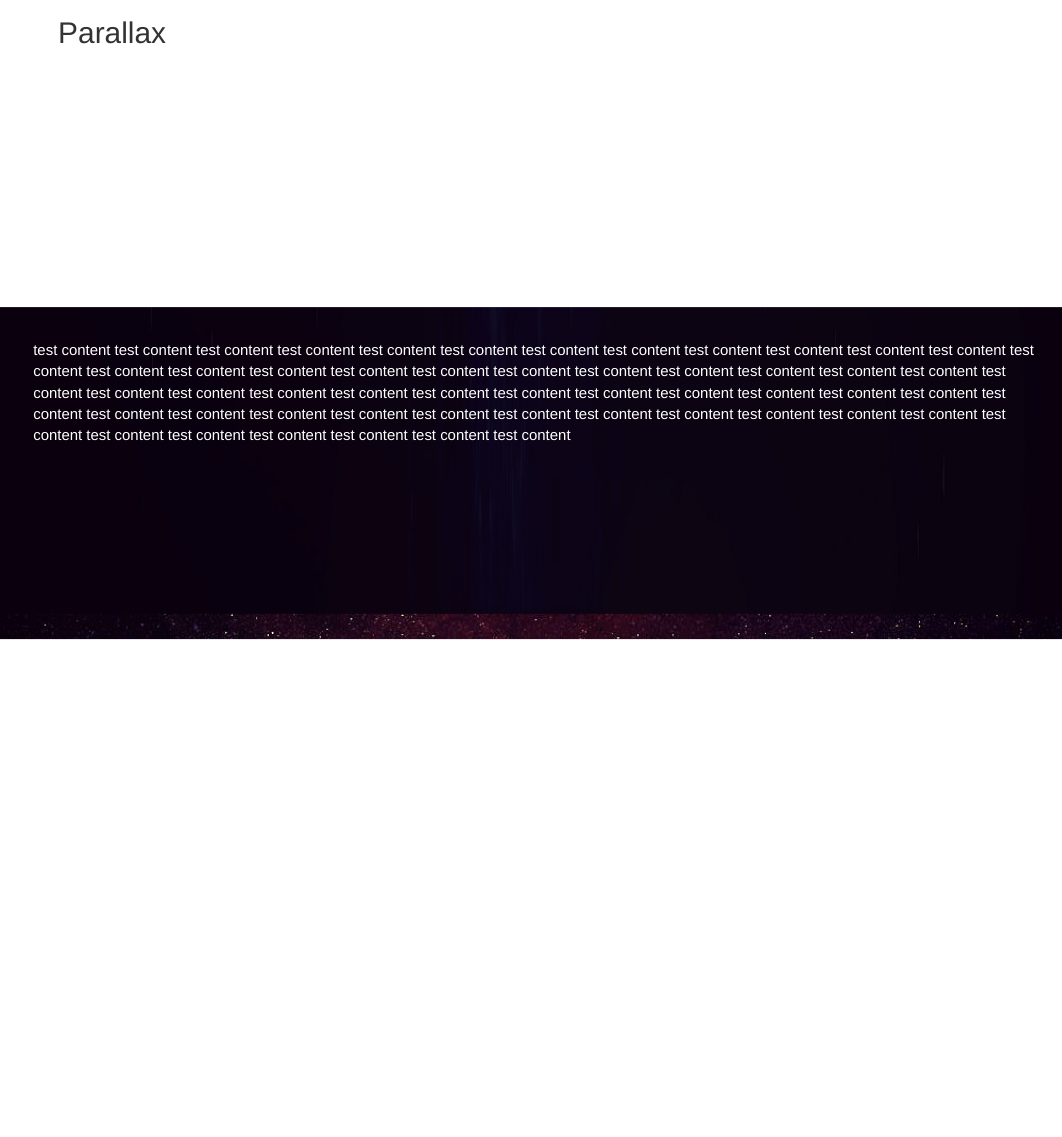
Repository: heshanera/HTML-CSS-JAVASCRITP
Page: parallax/parallax.html
The author's editor kept a record of every edit. The page is drawn from the files as they stood at one moment, then again after the next edit.
The browser window is 1280 px wide. The pictures show the whole page, at 83% of full size.
Some web libraries are served in a nearby version.

Above is the page before.

After the next edit:
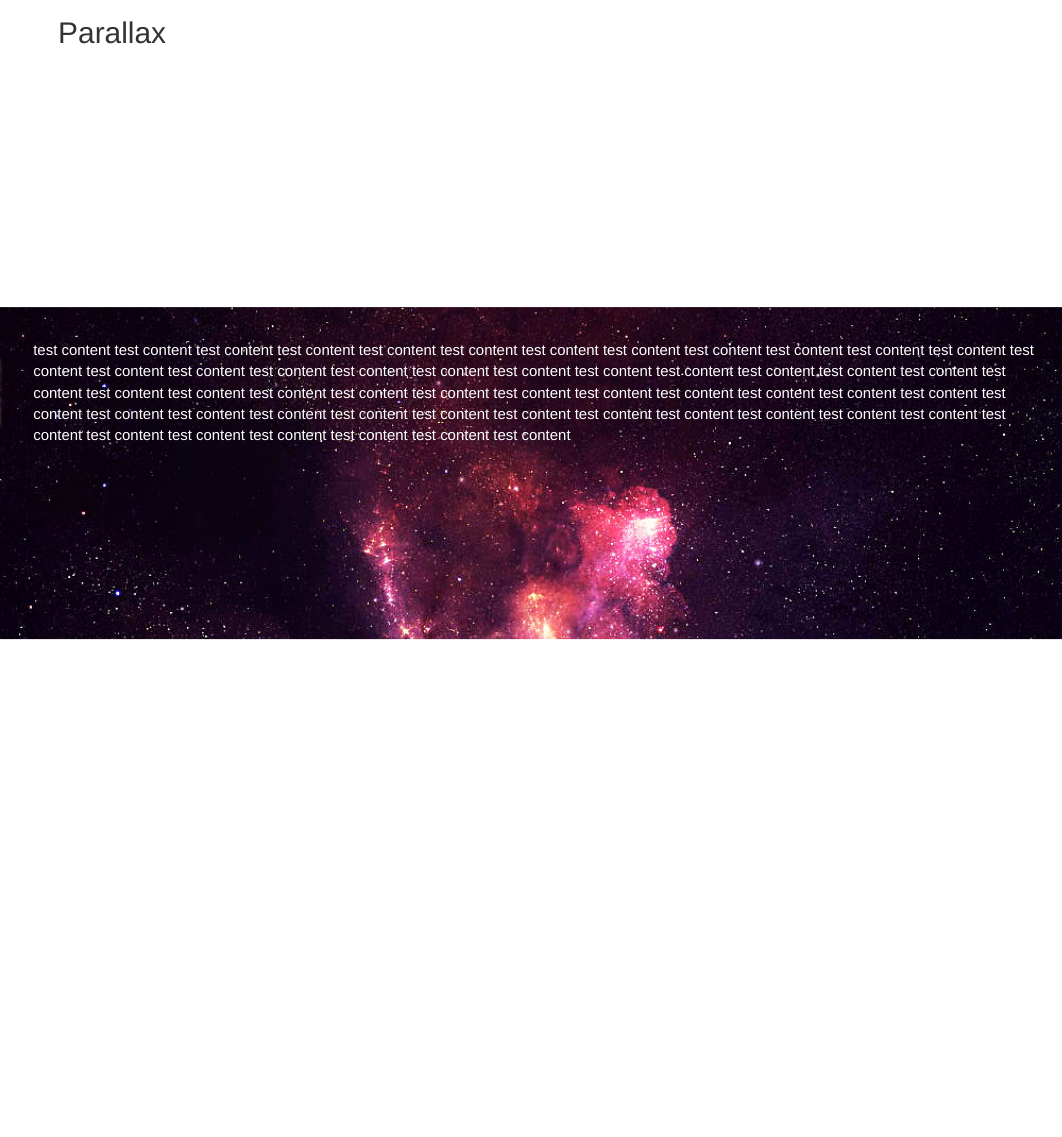
The edit:
--- a/parallax/de_js/parallax.js
+++ b/parallax/de_js/parallax.js
@@ -21,7 +21,7 @@
 
     $(window).scroll(function() {
       console.log($(window).scrollTop());
-      if ($(window).scrollTop() > pos) {
+      if ( ($(window).scrollTop() > pos) & ($(window).scrollTop() < pos + $('#parallax1').height()) ) {
         //alert(pos);
 
         $('#parallax1').each(function(){

After the 5 edits that followed:
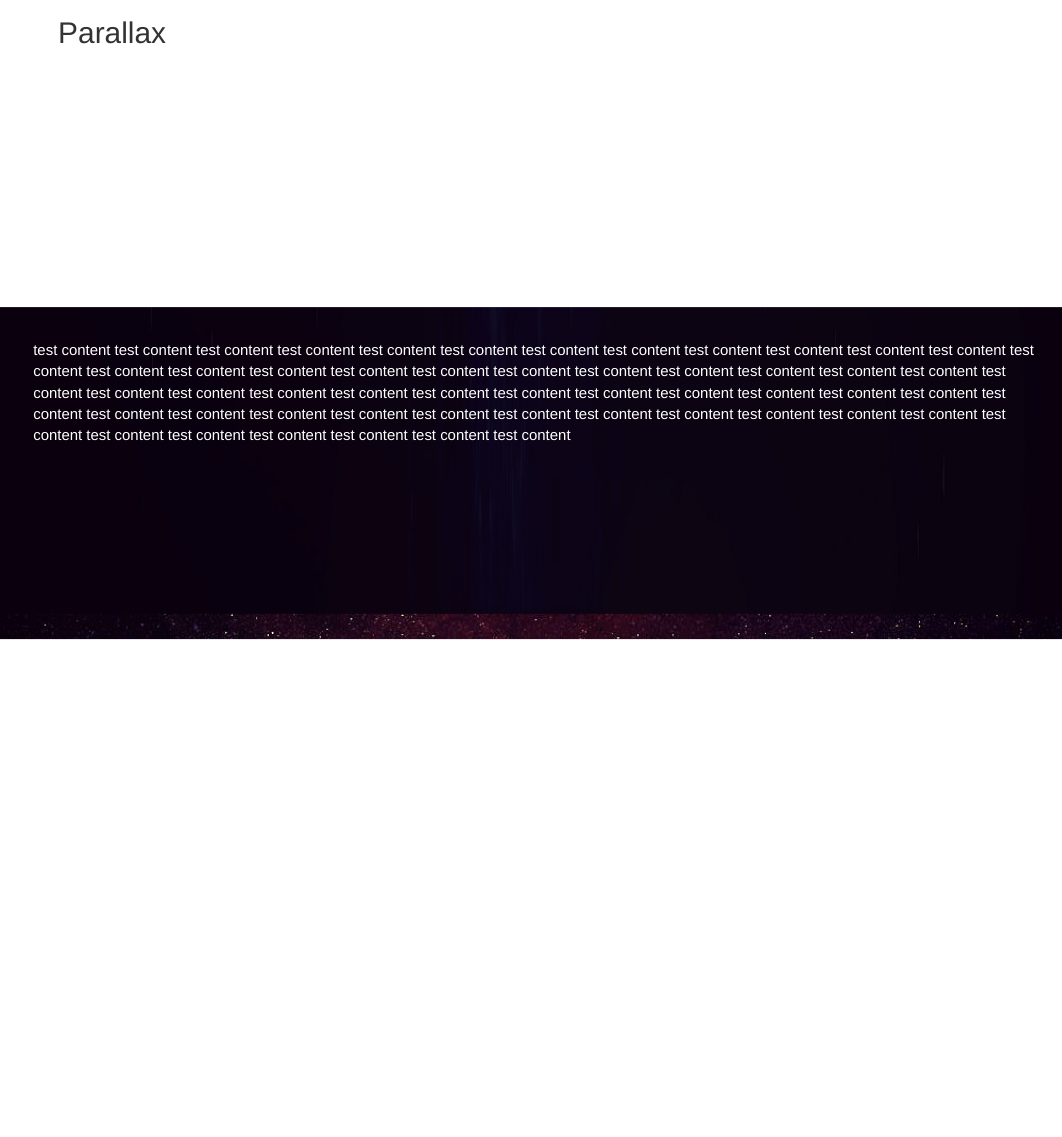
The 5 edits are shown as one change because 4 left the picture as it was.
The edit:
--- a/parallax/de_js/parallax.js
+++ b/parallax/de_js/parallax.js
@@ -1,18 +1,4 @@
 /*
-var pos = $("#parallax1").offset().top; pos -= 100;
-$(window).scroll(function() {
-  console.log($(window).scrollTop());
-  if ($(window).scrollTop() > pos) {
-    //alert(pos);
-    scrollSpeed = parseInt(this.el.attr('data-scroll-speed'));
-  } else {
-
-  }
-});
-*/
-
-//
-
 $(document).ready(function(){
     var $wndw = $(window);
 
@@ -33,12 +19,20 @@
                 $this.css({ backgroundPosition: bgPosition });
             });
         });
-      } else {
+      } else { }
+    });
+});
+*/
 
-      }
+$(document).ready(function(){
+  var $wndw = $(window);
+    $('#parallax1').each(function(){
+        var scroll_speed = 1; // modified value
+        var $this = $(this);
+        $(window).scroll(function() {
+            var bgScroll = -(($wndw.scrollTop() - $this.offset().top)/ scroll_speed);
+            var bgPosition = 'center '+ bgScroll + 'px';
+            $this.css({ backgroundPosition: bgPosition });
+        });
     });
-
-
-
-
 });
